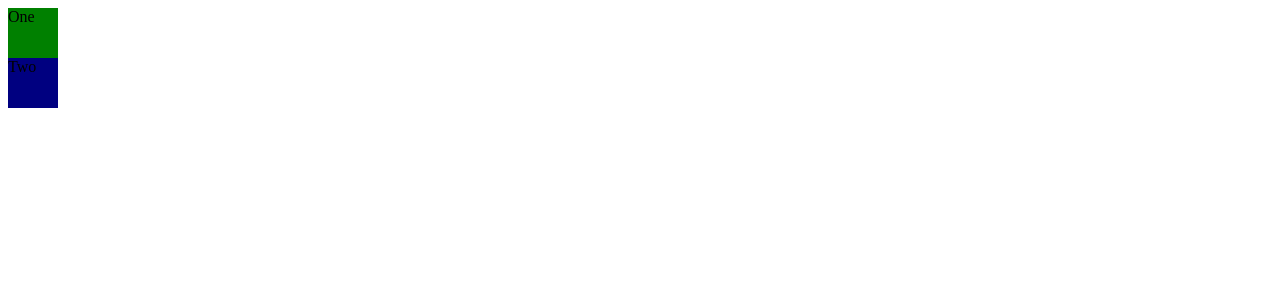
Repository: Peacepapi/1702Java
Page: web/src/main/webapp/box.html
The author's editor kept a copy of each file at every save. The page is drawn from the files as they stood at one save, then again after the next save.
The browser window is 1280 px wide. The pictures show the whole page.

Above is the page before, as saved 2017-02-24 18:07:14.

After the next save:
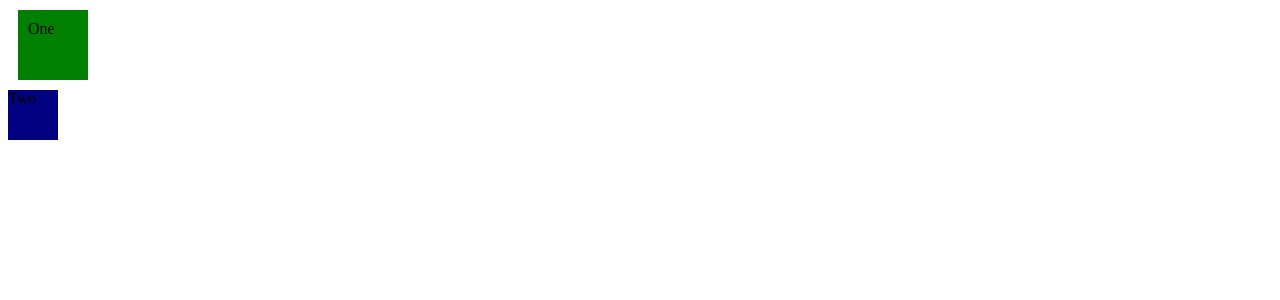
Saved 97 s later.
--- a/web/src/main/webapp/box.html
+++ b/web/src/main/webapp/box.html
@@ -8,6 +8,10 @@
 	height: 50px;
 	width: 50px;
 	background-color: green;
+	border-style: solid; /* make border visible */
+	border: 10px;
+	padding: 10px;
+	margin: 10px;
 }
 #two{
 	height: 50px;

After the 6 saves that followed:
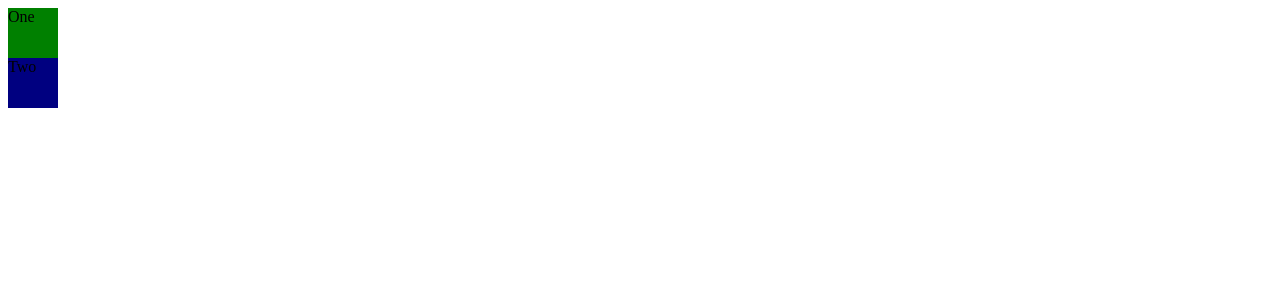
The 6 saves are shown as one change because 4 left the picture as it was and some came seconds apart.
The last was saved 2 min 24 s later.
--- a/web/src/main/webapp/box.html
+++ b/web/src/main/webapp/box.html
@@ -8,10 +8,12 @@
 	height: 50px;
 	width: 50px;
 	background-color: green;
-	border-style: solid; /* make border visible */
+/* 	border-style: solid;
+	border-color: black;
+	border-width: 10px;
 	border: 10px;
 	padding: 10px;
-	margin: 10px;
+	margin: 10px; */
 }
 #two{
 	height: 50px;
